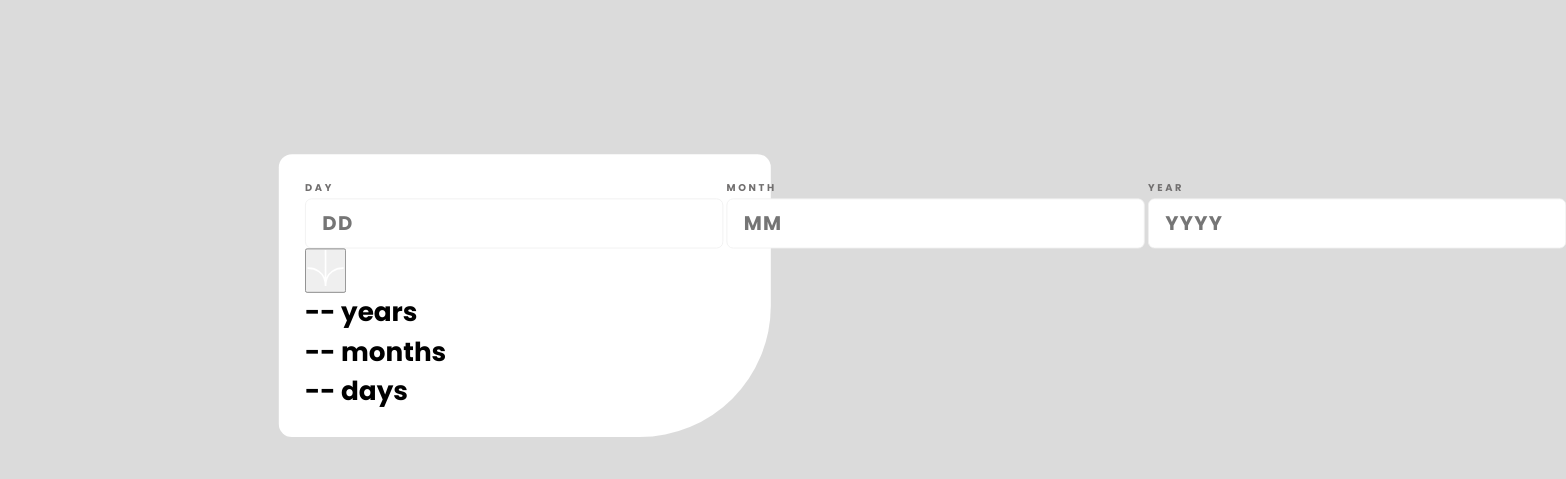
Repository: blordeus/age-calculator-app
Page: /
An editor plug-in stored every save of this project. The page is shown before and after a run of saves, followed by the edit.
The browser window is 1280 px wide. The page is 1910 px wide, so the pictures cover 1910 px, including what lies to the right of the window. The pictures show the whole page, at 82% of full size.
The project was rebuilt for these pictures with package versions that can differ from the ones it lists, and the page was loaded fresh each time.

Above is the page before, as saved 2023-08-23 15:44:35.

### src/App.js
 import { useState } from "react";
 import "./style.css";

 import arrowIcon from './images/icon-arrow.svg'

const App = () => {
  const [formData, setFormData] = useState({
    day: "",
    month: "",
    year: "",
  });

  const [formErrors, setFormErrors] = useState({
    day: "",
    month: "",
    year: "",
    generic: "",
  });

  const [output, setOutput] = useState({
    days: "",
    months: "",
    years: "",
  });

  const hasErrors = formErrors.day || formErrors.month || formErrors.year || formErrors.generic;

  return (
    <div className="card-container">
      <div className="inputs-container">
      <div className="input-label-container">
        <label htmlFor="day" style={{
          color: hasErrors ? "hsl(0,100%,67%)" : "hsl(0,1%,44%)",
        }}>Day</label>
        <input
        type="number"
        id="day"
        placeholder="DD"
        min={1}
        value={formData.day}
        style={{
          border: hasErrors
          ? '1px solid hsl(0,100%,67%)'
          : '1px solid hsl(0,0%,94%)'
        }}
        onChange={(e) =>
        setFormData((prevState) =>
        ({...prevState,
          day:e.target.value}))}
        />
        {formErrors.day && <p className="error">{formErrors.day}</p>}
      </div>

      <div className="input-label-container">
        <label htmlFor="month" style={{
          color: hasErrors ? "hsl(0,100%,67%)" : "hsl(0,1%,44%)",
        }}>Month</label>
        <input
        type="number"
        id="day"
        placeholder="MM"
        min={1}
        value={formData.month}
        style={{
          border: hasErrors
          ? '1px solid hsl(0,100%,67%)'
          : '1px solid hsl(0,0%,94%)'
        }}
        onChange={(e) =>
        setFormData((prevState) =>
        ({...prevState,
          month:e.target.value}))}
        />
        {formErrors.month && <p className="error">{formErrors.month}</p>}
      </div>

      <div className="input-label-container">
        <label htmlFor="year" style={{
          color: hasErrors ? "hsl(0,100%,67%)" : "hsl(0,1%,44%)",
        }}>Year</label>
        <input
        type="number"
        id="year"
        placeholder="YYYY"
        min={1}
        value={formData.year}
        style={{
          border: hasErrors
          ? '1px solid hsl(0,100%,67%)'
          : '1px solid hsl(0,0%,94%)'
        }}
        onChange={(e) =>
        setFormData((prevState) =>
        ({...prevState,
          year:e.target.value}))}
        />
        {formErrors.year && <p className="error">{formErrors.year}</p>}
      </div>
    </div>

    {formErrors.generic && (
      <p className="error generic">{formErrors.generic}</p>
    )}

<div className="divider-container">
  <div className="divider"></div>

  <button className="btn" onClick={() => null}>
    <img src={arrowIcon} alt="arrowIcon" />
  </button>
</div>

<div className="output-container">
  <h1>
    <span className="highlighted">
    {output.years === "" ? '--' : output.years}{" "}
    </span>
    {output.years === 1 ? 'year' : "years"}
    </h1>

    <h1>
    <span className="highlighted">
    {output.months === "" ? '--' : output.months}{" "}
    </span>
    {output.months === 1 ? 'month' : "months"}
    </h1>

    <h1>
    <span className="highlighted">
    {output.days === "" ? '--' : output.days}{" "}
    </span>
    {output.days === 1 ? 'day' : "days"}
    </h1>
</div>
    </div>
  );
};

export default App;

### src/style.css
@import url("https://fonts.googleapis.com/css2?family=Poppins:ital,wght@0,700;1,400;1,800&display=swap");

* {
  box-sizing: border-box;
  margin: 0;
  padding: 0;
  font-family: "Poppins", sans-serif;
}

:root {
  --Purple: hsl(259, 100%, 65%);
  --Light-red: hsl(0, 100%, 67%);
  --White: hsl(0, 0%, 100%);
  --Off-white: hsl(0, 0%, 94%);
  --Light-grey: hsl(0, 0%, 86%);
  --Smokey-grey: hsl(0, 1%, 44%);
  --Off-black: hsl(0, 0%, 8%);
}

body {
  background-color: var(--Light-grey);
  min-height: 100vh;
  display: flex;
  align-items: center;
  justify-content: center;
}

.card-container {
  width: 600px;
  border-radius: 1rem 1rem 10rem 1rem;
  background-color: var(--White);
  padding: 2rem;
  max-width: 90vw;
  margin-top: 1rem;
  margin-bottom: 1rem;
}

.inputs-container {
  display: flex;
  gap: 0.25rem;
}

.input-label-container {
  display: flex;
  flex-direction: column;
  gap: 0.25rem;
  flex: 1;
}

.input-label-container label {
  text-transform: uppercase;
  font-size: 0.75rem;
  letter-spacing: 0.2rem;
}

.input-label-container input {
  width: 130opx;
  padding: 0.75rem 1rem 0.75rem 1.25rem;
  font-size: 1.5rem;
  color: var(--Off-black);
  border-radius: 0.5rem;
  outline: none;
  letter-spacing: 0.1rem;
}

.error {
  color: var(--Light-red);
  font-weight: 400;
  font-style: italic;
  margin-top: 0.25rem;
  letter-spacing: 0.1rem;
  font-size: 0.75rem;
}

.error.generic {
  margin-top: 0.5rem;
}

.divider-container {
  display: flex;
  align-items: center;
}

Loaded but not shown: src/index.js (common file)

After the next 2 saves:
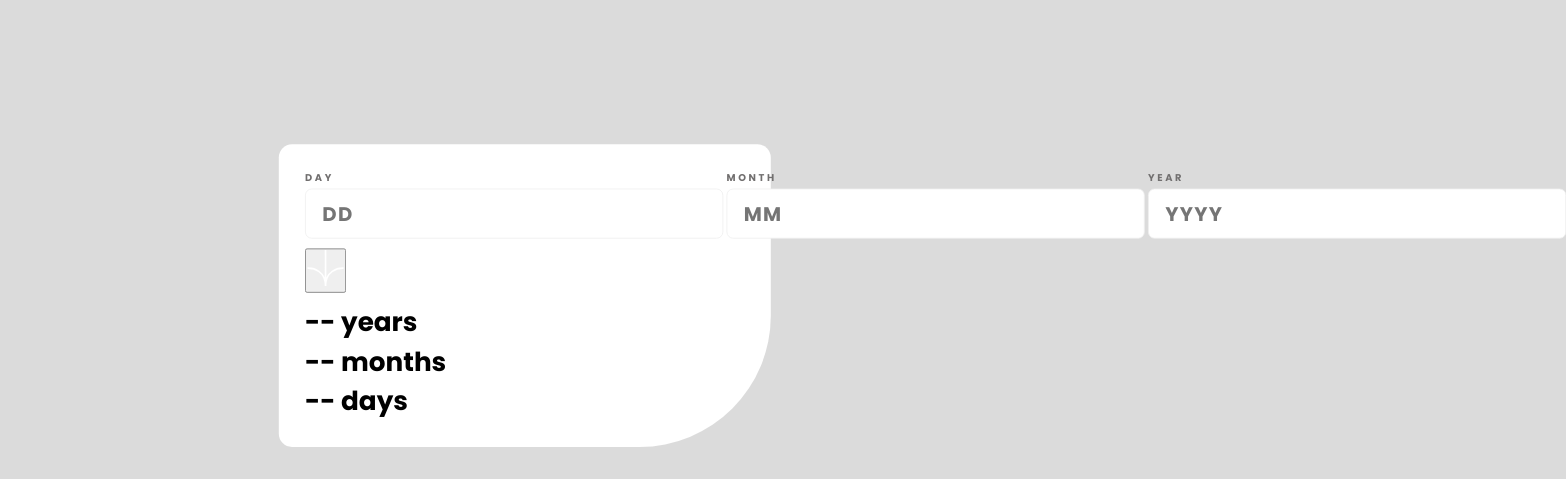
The 2 saves are shown as one change because they came seconds apart.
The last was saved 16 s later.
--- a/src/style.css
+++ b/src/style.css
@@ -79,4 +79,6 @@ body {
 .divider-container {
   display: flex;
   align-items: center;
+  margin-top: 0.75rem;
+  margin-bottom: 0.75rem;
 }
